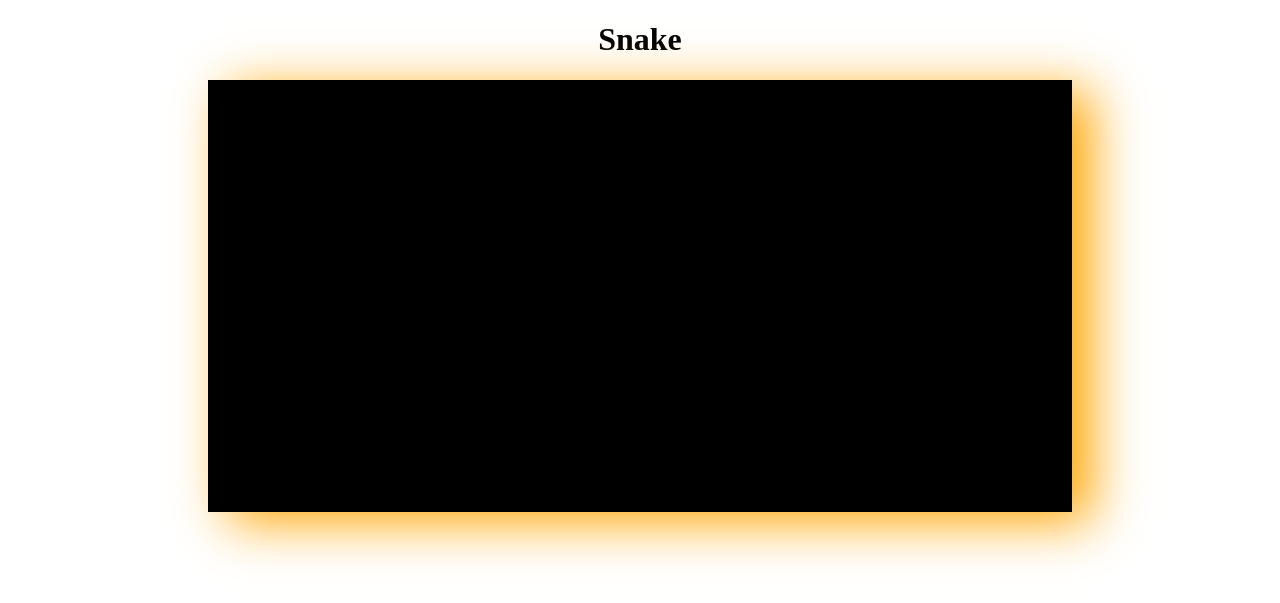
Repository: Ellisvelandia/snake
Page: index.html
The author's editor kept a copy of each file at every save. The page is drawn from the files as they stood at one save, then again after a run of saves.
The browser window is 1280 px wide. The pictures show the whole page.

Above is the page before, as saved 2022-08-26 23:17:22.

After the next 3 saves:
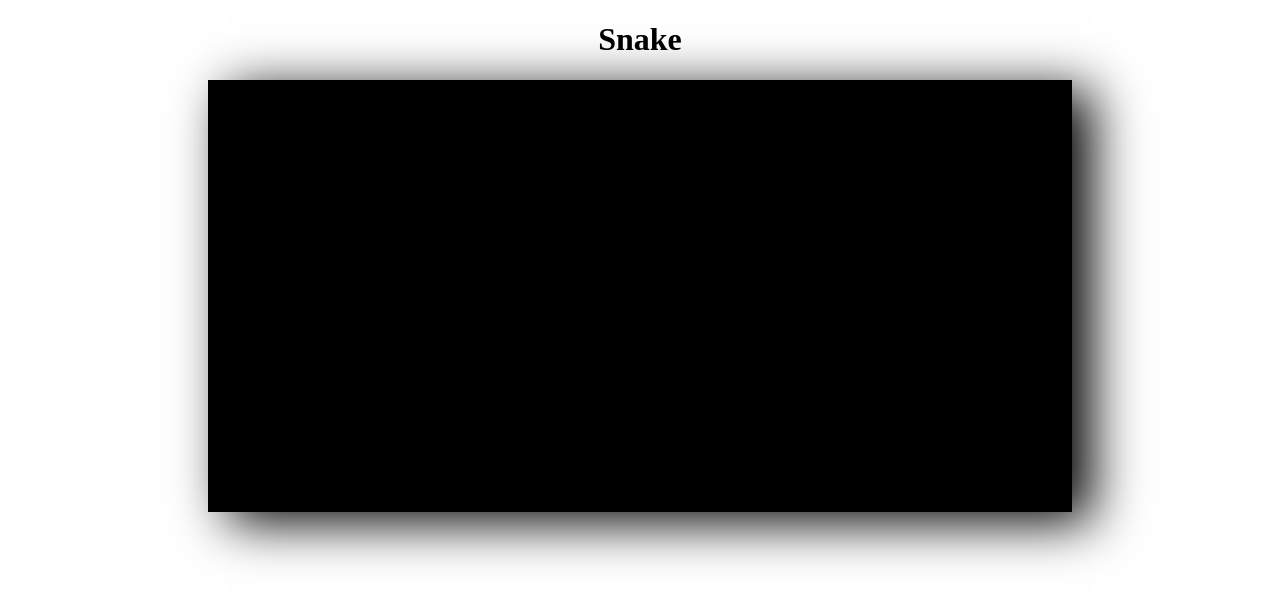
The 3 saves are shown as one change because they came seconds apart.
The last was saved 7 s later.
--- a/style.css
+++ b/style.css
@@ -8,7 +8,7 @@ body {
 }
 
 canvas {
-  box-shadow: #ffa500	 20px 10px 50px;
+  box-shadow: #000 20px 10px 50px;
   max-width:  80vw;
   height: 60vh;
 }
